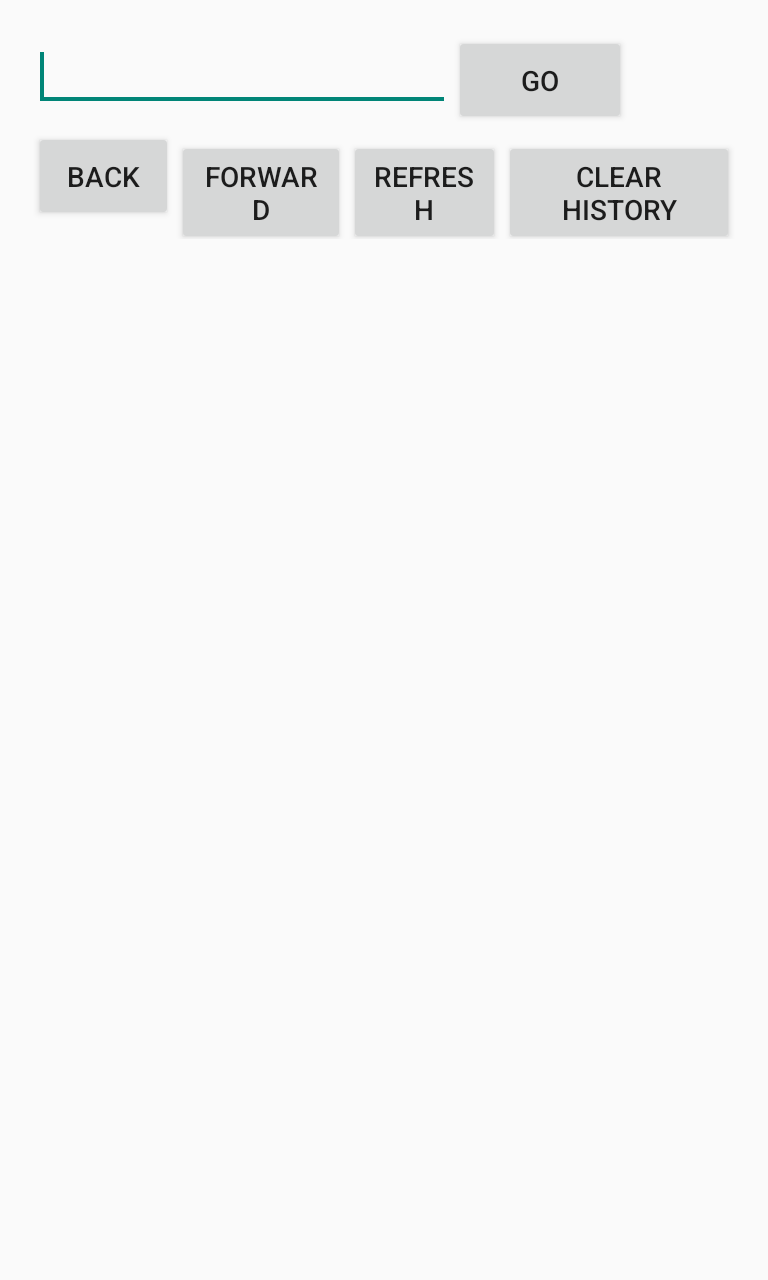
Repository: Attaphon1996/Engineering-Stuff
Layout: OSource/Android Play/Android_Projects/Bruno/res/layout/activity_main.xml
An editor plug-in stored every save of this project. The layout is shown before and after the next save, followed by the edit.
It is drawn on a 768 x 1280 px phone screen (xhdpi) without system bars, with theme AppTheme; the app's code is not run.

Above is the layout before, as saved 2014-12-23 17:33:00.

### OSource/Android Play/Android_Projects/Bruno/res/layout/activity_main.xml
<LinearLayout xmlns:android="http://schemas.android.com/apk/res/android"
    xmlns:tools="http://schemas.android.com/tools"
    android:layout_width="match_parent"
    android:layout_height="match_parent"
    android:paddingBottom="@dimen/activity_vertical_margin"
    android:paddingLeft="@dimen/activity_horizontal_margin"
    android:paddingRight="@dimen/activity_horizontal_margin"
    android:paddingTop="@dimen/activity_vertical_margin"
    tools:context="com.mundheyrohan.bruno.MainActivity"
    android:orientation="vertical" >
<LinearLayout
    android:layout_width="wrap_content"
    android:layout_height="wrap_content"
    android:orientation="horizontal"
    android:weightSum="100">
    <EditText
        android:id="@+id/editText1"
        android:layout_width="match_parent"
        android:layout_height="wrap_content"
        android:ems="10"
        android:layout_weight="40"
         >

        <requestFocus />
    </EditText>

    <Button
        android:id="@+id/button1"
        android:layout_width="wrap_content"
        android:layout_height="wrap_content"
        android:text="@string/go"
        android:layout_weight="60" />

    </LinearLayout>

<LinearLayout
    android:layout_width="wrap_content"
    android:layout_height="wrap_content"
    android:orientation="horizontal"
    android:weightSum="100"
    >
    <Button
        android:id="@+id/button1"
        android:layout_width="wrap_content"
        android:layout_height="wrap_content"
        android:text="Back"
        android:layout_weight="40" />
    <Button
        android:id="@+id/button1"
        android:layout_width="wrap_content"
        android:layout_height="wrap_content"
        android:text="Forward"
        android:layout_weight="10" />
    <Button
        android:id="@+id/button1"
        android:layout_width="wrap_content"
        android:layout_height="wrap_content"
        android:text="Refresh"
        android:layout_weight="25" />
    <Button
        android:id="@+id/button1"
        android:layout_width="wrap_content"
        android:layout_height="wrap_content"
        android:text="Clear History"
        android:layout_weight="25" />


</LinearLayout>



</LinearLayout>

### OSource/Android Play/Android_Projects/Bruno/res/values/strings.xml
<?xml version="1.0" encoding="utf-8"?>
<resources>

    <string name="app_name">Bruno</string>
    <string name="hello_world">Hello world!</string>
    <string name="action_settings">Settings</string>
    <string name="go">GO</string>

</resources>

Loaded but not shown: OSource/Android Play/Android_Projects/Bruno/res/values/styles.xml (common file); OSource/Android Play/Android_Projects/Bruno/res/values-v11/styles.xml (common file); OSource/Android Play/Android_Projects/Bruno/res/values-v14/styles.xml (common file); OSource/Android Play/Android_Projects/Bruno/res/values/dimens.xml (common file); OSource/Android Play/Android_Projects/Bruno/res/values-w820dp/dimens.xml (common file)

After the next save:
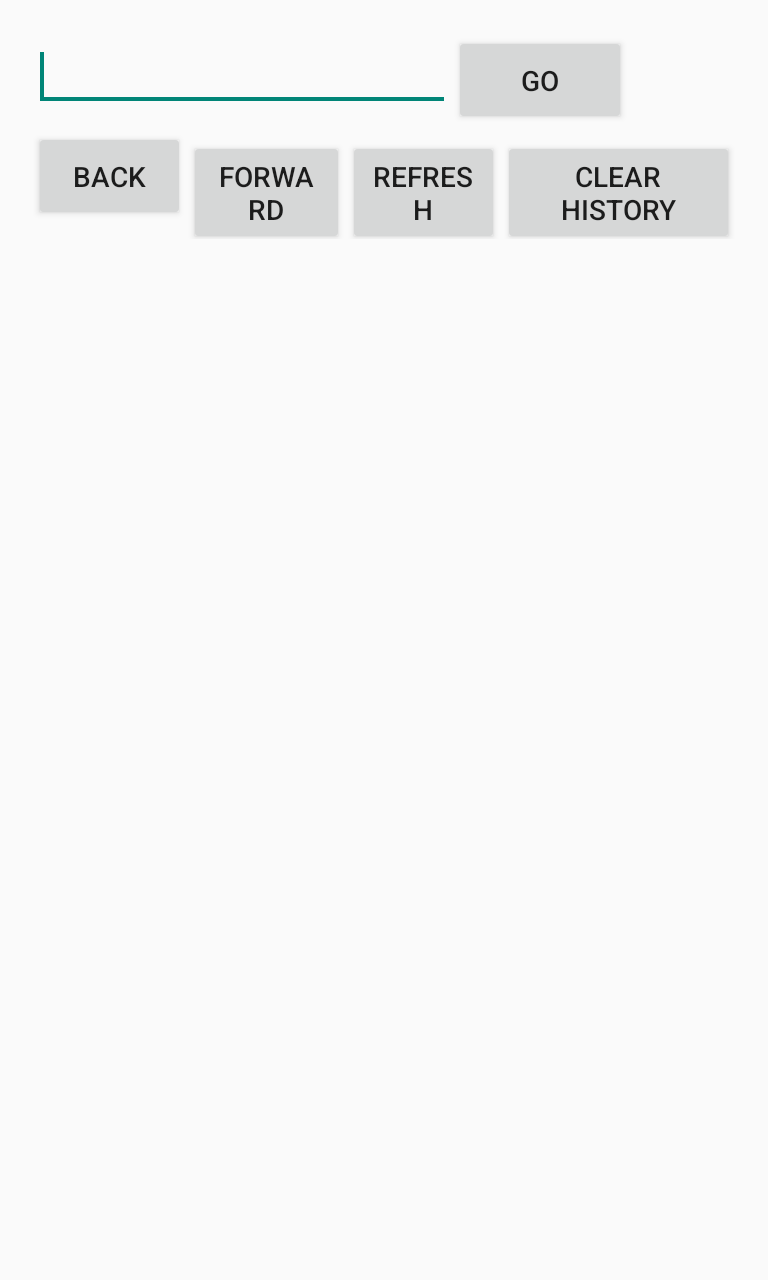
Saved 27 s later.
--- a/OSource/Android Play/Android_Projects/Bruno/res/layout/activity_main.xml
+++ b/OSource/Android Play/Android_Projects/Bruno/res/layout/activity_main.xml
@@ -44,13 +44,13 @@
         android:layout_width="wrap_content"
         android:layout_height="wrap_content"
         android:text="Back"
-        android:layout_weight="40" />
+        android:layout_weight="25" />
     <Button
         android:id="@+id/button1"
         android:layout_width="wrap_content"
         android:layout_height="wrap_content"
         android:text="Forward"
-        android:layout_weight="10" />
+        android:layout_weight="25" />
     <Button
         android:id="@+id/button1"
         android:layout_width="wrap_content"
